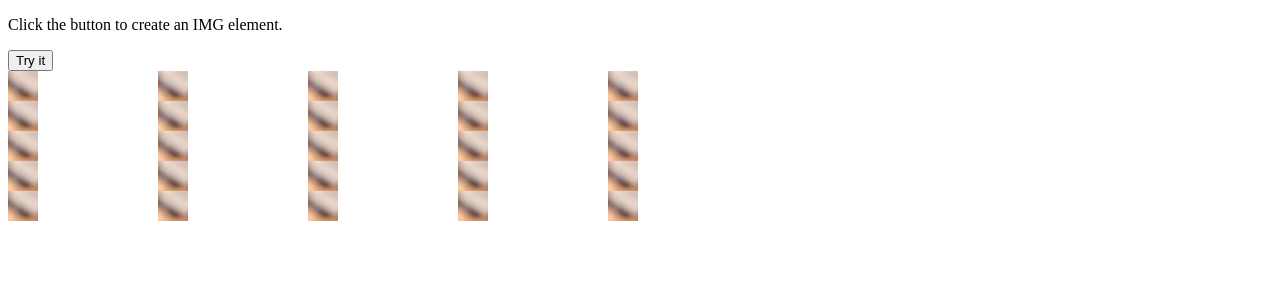
Repository: rashmikagamage/puzzle-vanila-js
Page: index.html
These files come from the project's save history. The page is drawn as it stood at one moment and after the next save; the edit follows.
The browser window is 1280 px wide. The pictures show the whole page.
After loading, the first visible `button` was clicked once.

Above is the page before, as saved 2020-08-05 20:47:43.

### index.html
<!DOCTYPE html>
<html>

<head>
    <link rel="stylesheet" type="text/css" href="./style.css">
</head>

<body>

    <p>Click the button to create an IMG element.</p>

    <button onclick="myFunction(5)">Try it</button>
    <div class="gridContainer" id="imgContainer"></div>
    <script src="./function.js">
    </script>

</body>

</html>

### style.css
.gridContainer {
    display: grid;
}

### function.js
function myFunction(num) {
    let grid = "";
    for (let i = 0; i < num; i++) {
        grid = grid + "150px "
    }

    document.getElementById("imgContainer").style.gridTemplateColumns = grid;

    for (let i = 0; i < num * num; i++) {
        var x = document.createElement("div");
        x.style.width = '30px';
        x.style.height = '30px';

        x.style.backgroundImage = "url('./chess.jpg')"
            //  x.setAttribute("src", "./chess.jpg");
            // x.style.position = "absolute"

        x.style.backgroundPosition = "10% 10%"
        x.style.clip = "rect(50px 25px 75px 5px)"
        x.id = "img" + i;
        document.getElementById("imgContainer").appendChild(x);
    }
}

After the next save:
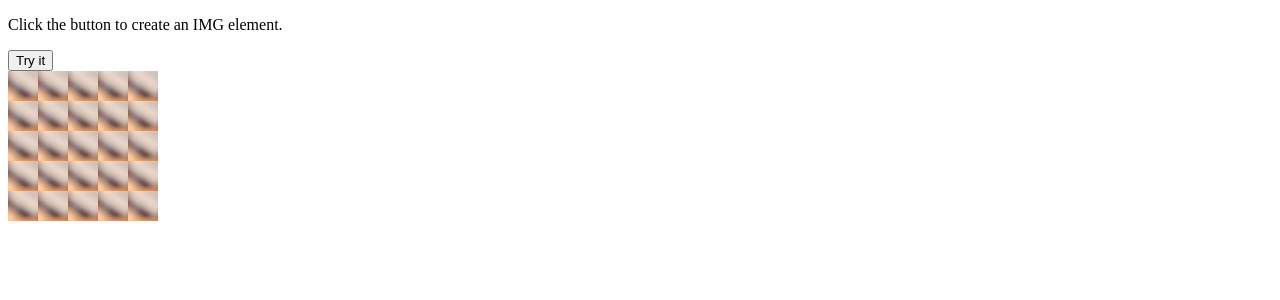
Saved 13 s later.
--- a/function.js
+++ b/function.js
@@ -1,7 +1,7 @@
 function myFunction(num) {
     let grid = "";
     for (let i = 0; i < num; i++) {
-        grid = grid + "150px "
+        grid = grid + "30px "
     }
 
     document.getElementById("imgContainer").style.gridTemplateColumns = grid;
